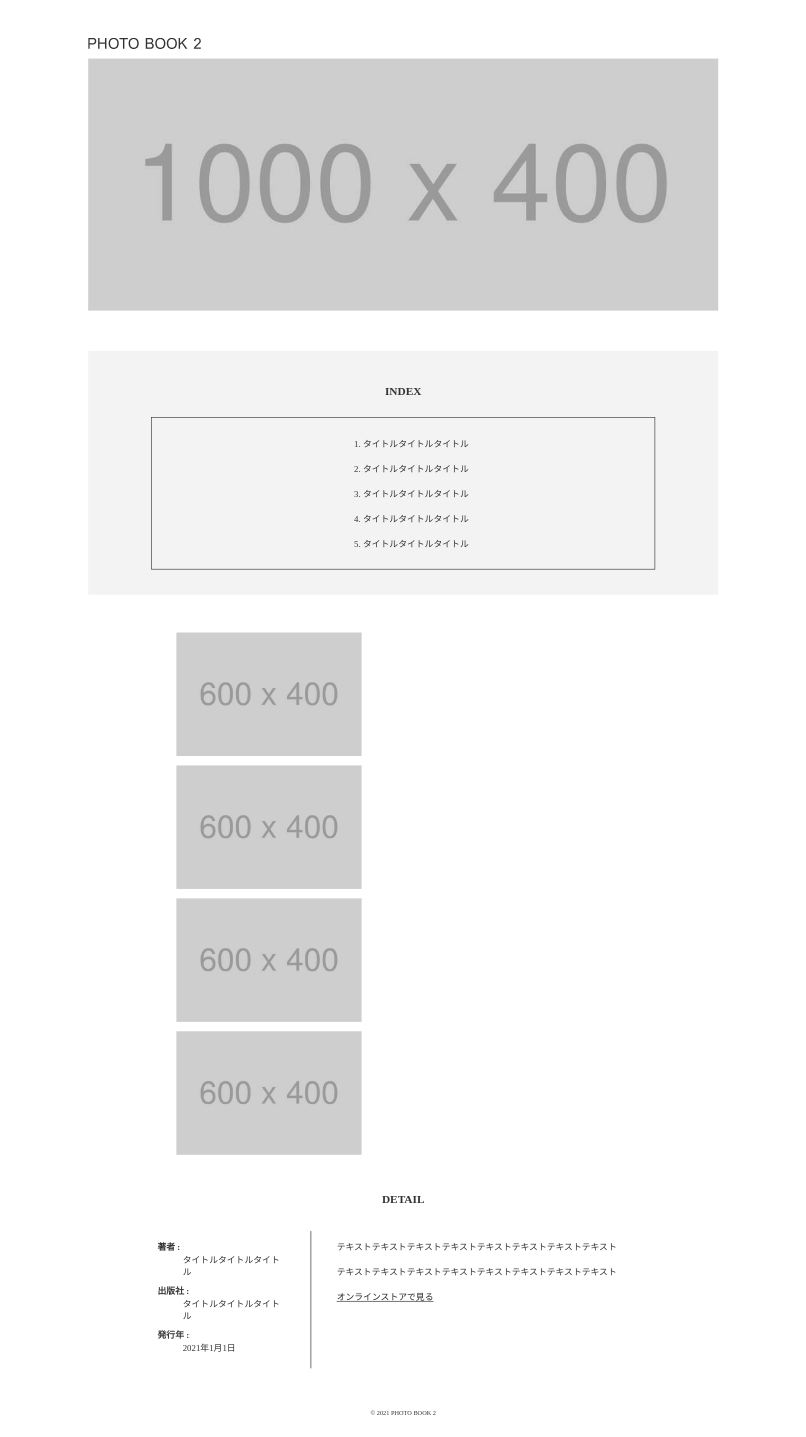
Repository: Fuki-san/photo-book-2
Page: http://localhost/photobook
An editor plug-in stored every save of this project. The page is shown before and after the next save, followed by the edit.
The browser window is 1280 px wide. The pictures show the whole page, at 63% of full size.
The page is served by the project's Laravel application, run on PHP 8.4 with Laravel 10.

Above is the page before, as saved 2023-12-01 12:51:51.

After the next save:
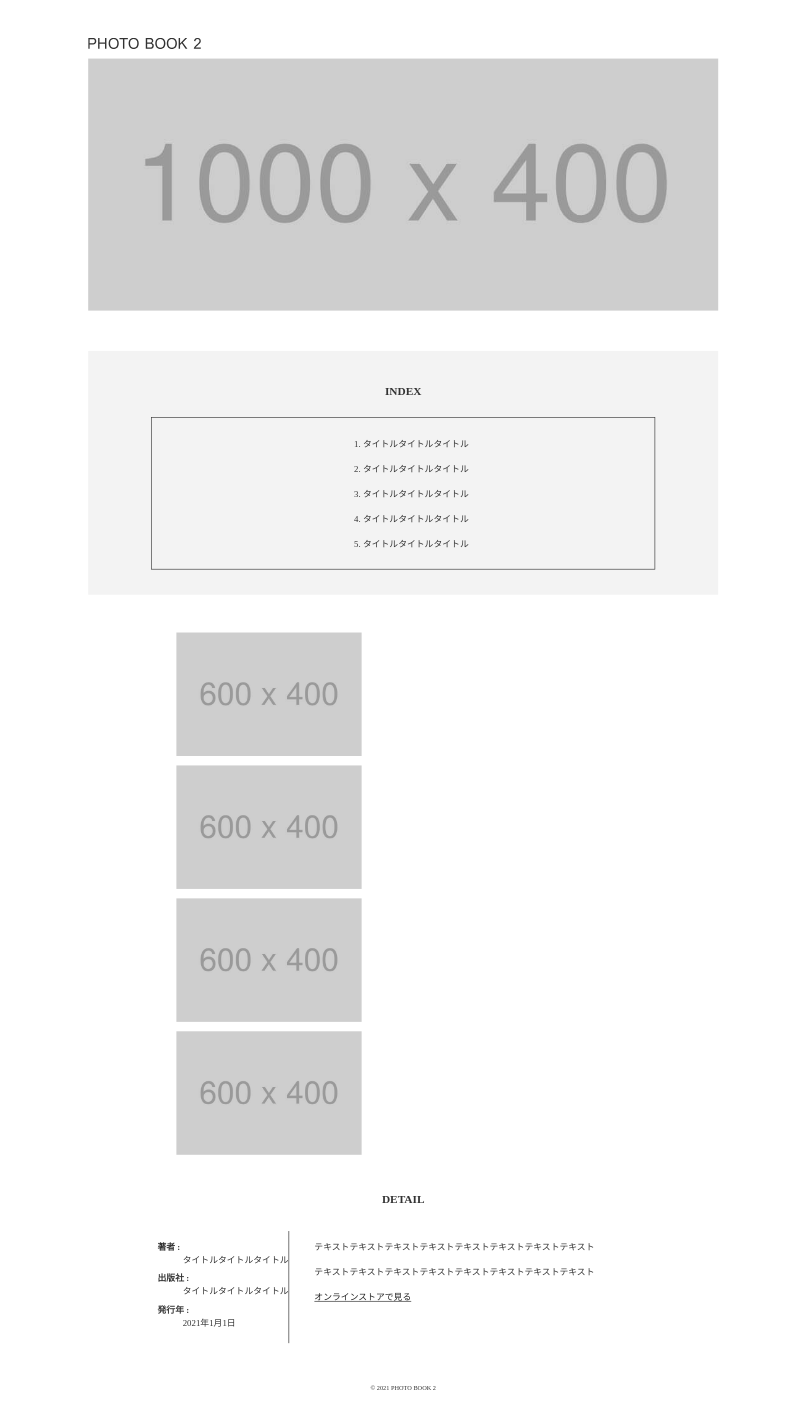
Saved 5 s later.
--- a/public/css/style.css
+++ b/public/css/style.css
@@ -112,7 +112,7 @@
 #detail dd{
     margin-bottom: 10px;
 }
-
+#detail dd:la
 #detail dl{
     padding-right: 40px;
 }
